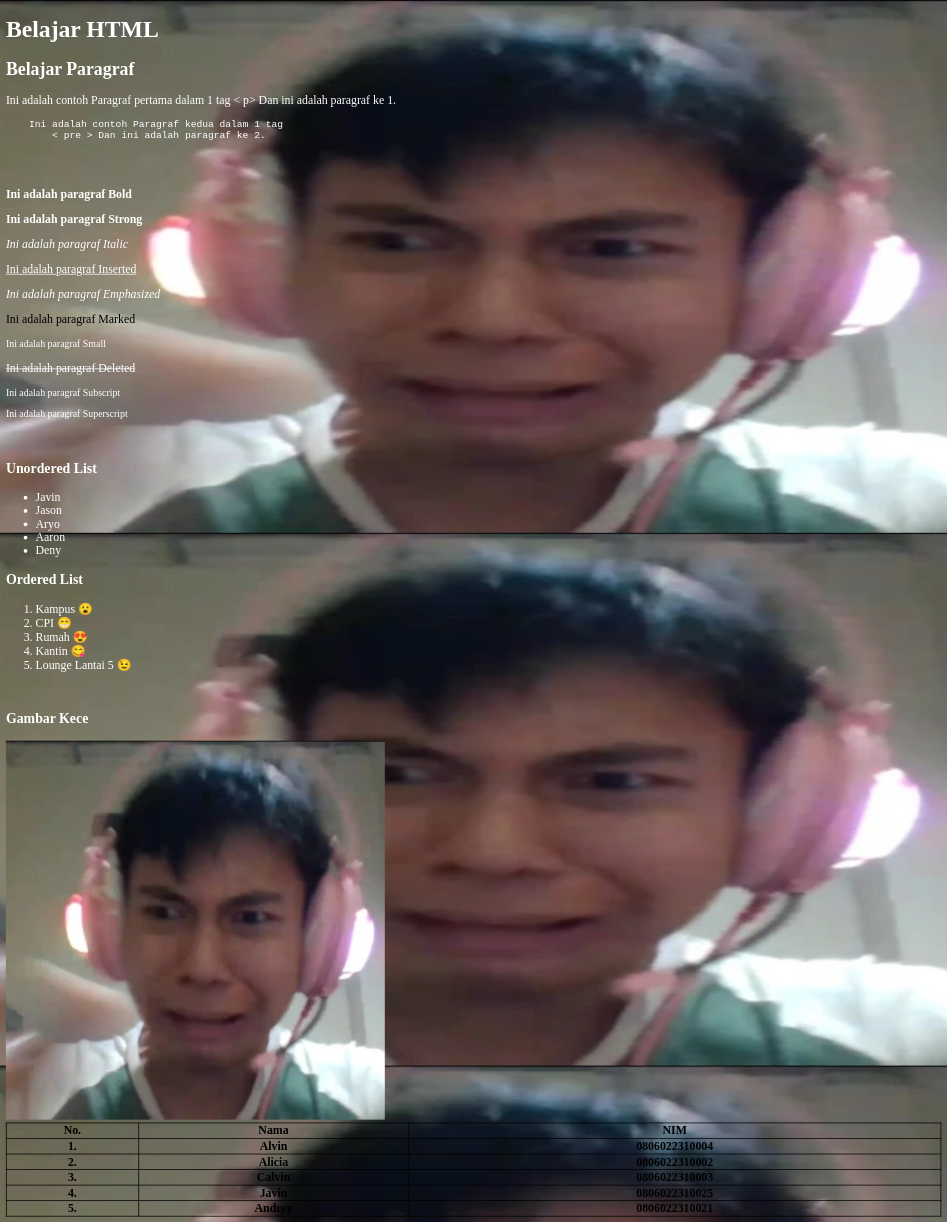
Repository: Gibekkk/WebPro
Page: Tugas HTML 1/index.html
The author's editor kept a copy of each file at every save. The page is drawn from the files as they stood at one save, then again after the next save.
The browser window is 1280 px wide. The pictures show the whole page, at 74% of full size.
Backgrounds fixed to the window are drawn as part of the page.

Above is the page before, as saved 2024-03-25 10:35:17.

After the next save:
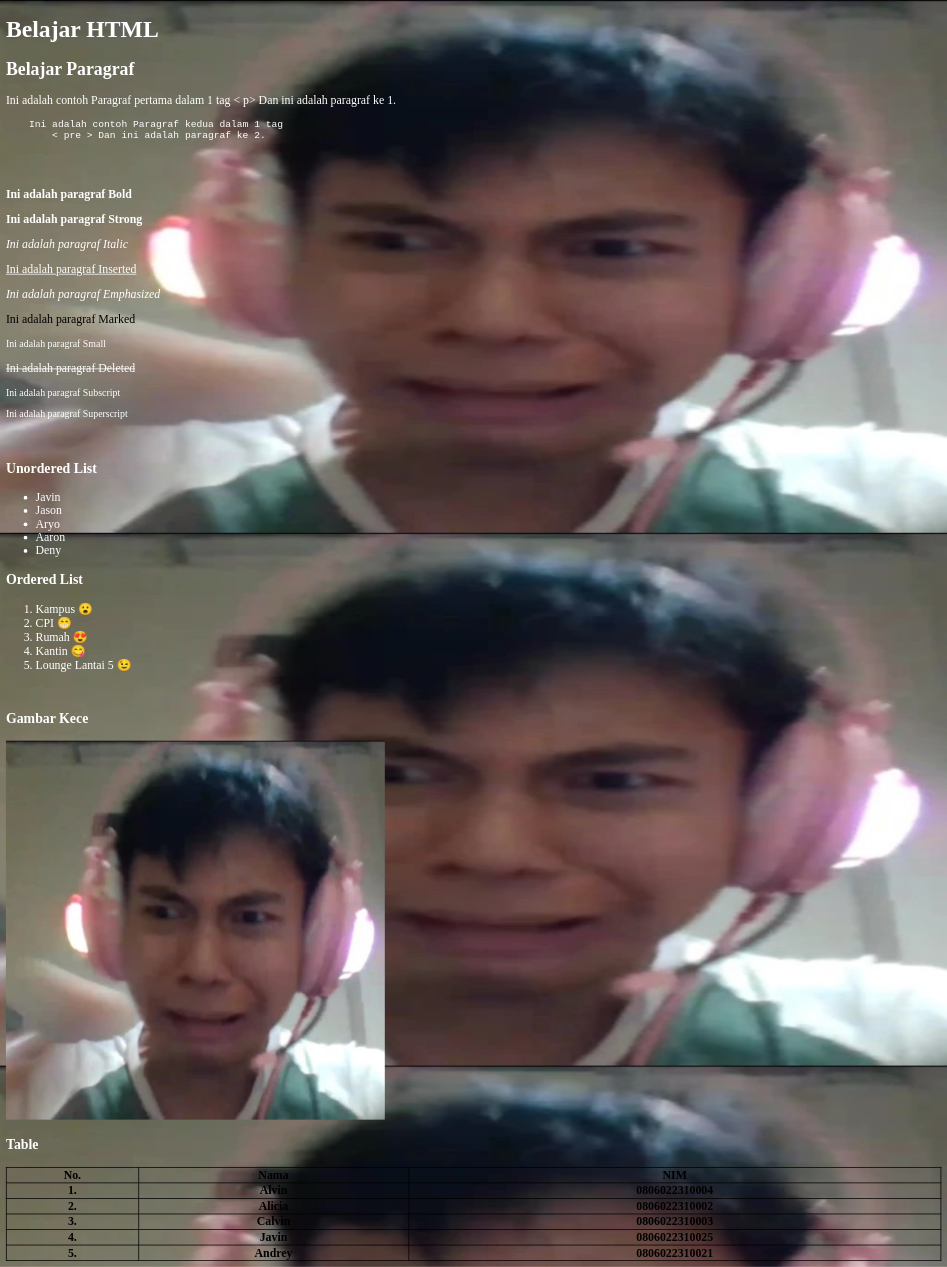
Saved 22 s later.
--- a/Tugas HTML 1/index.html
+++ b/Tugas HTML 1/index.html
@@ -87,6 +87,7 @@
     <h3>Gambar Kece</h3>
     <img src="javin.jpg" alt="Javin" title="Javin">
     <br>
+    <h3>Table</h3>
     <table>
         <tr>
             <th>No.</th>
